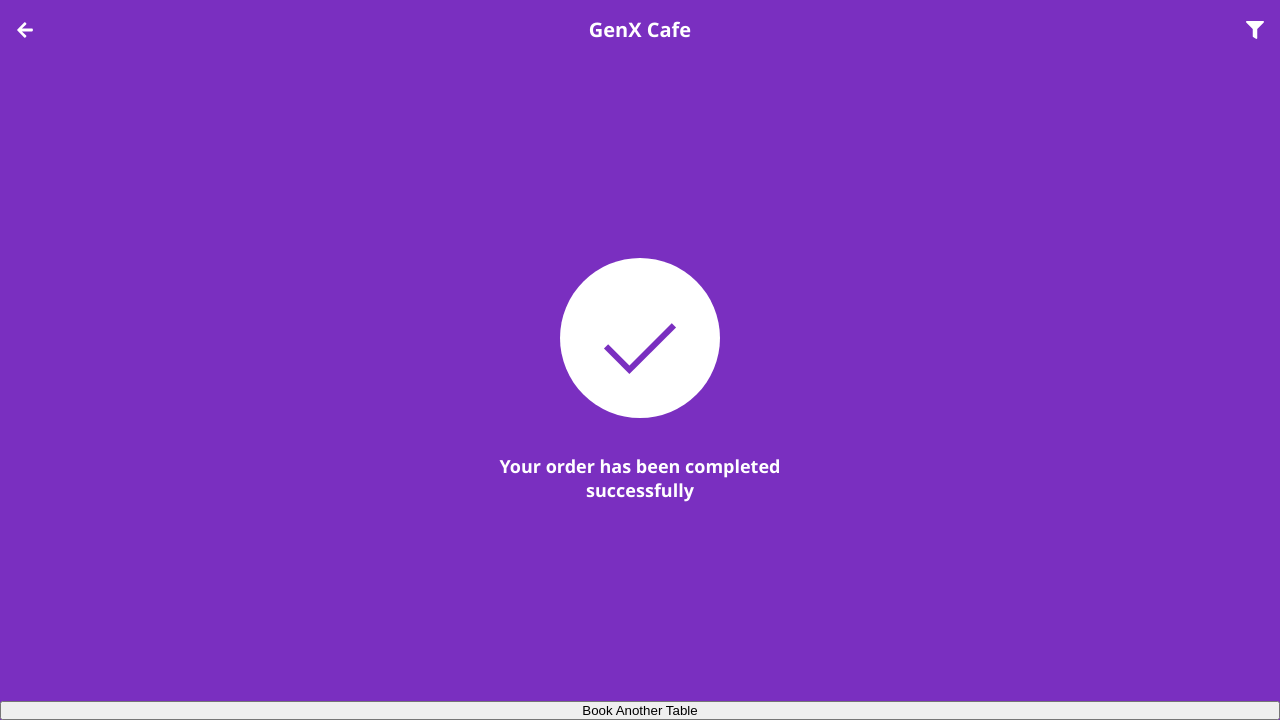
Repository: rajeshwaranslv/sturdy-spork-genx-frontend
Page: /success
An editor plug-in stored every save of this project. The page is shown before and after the next save, followed by the edit.
The browser window is 1280 px wide. The pictures show the whole page.
The project was rebuilt for these pictures with package versions that can differ from the ones it lists, and the page was loaded fresh each time. Also part of the build but not shown: src/components/TableSelection.js, src/components/menu.css, src/components/MenuSelection.js, src/components/order.css, src/components/OrderReview.js, src/components/Billing.js.

Above is the page before, as saved 2025-07-16 17:13:10.

After the next save:
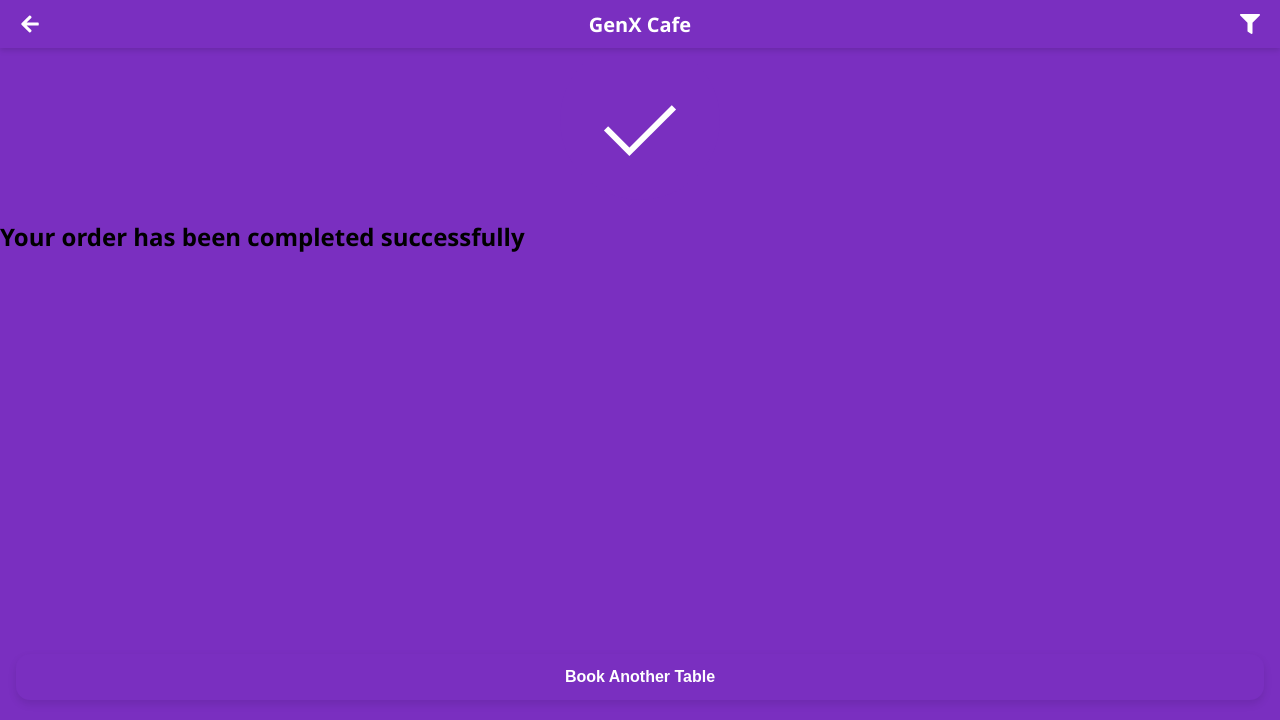
Saved 2 min 43 s later.
--- a/src/components/success.css
+++ b/src/components/success.css
@@ -1,54 +1,109 @@
-.success-wrapper {
-  background-color: #7a2fc0;
-  height: 100vh;
+/* Container for Success Page */
+.success-page {
+  min-height: 100vh;
   display: flex;
   flex-direction: column;
-  color: white;
+  padding-top: 70px; /* space for header */
+  align-items: center;
+  justify-content: center;
+  background-color: #f8f8f8;
+  position: relative;
+  text-align: center;
+  box-sizing: border-box;
 }
 
-.confirmation-card {
-  flex: 1;
+/* Header Bar */
+.header-bar {
+  position: fixed;
+  top: 0;
+  left: 0;
+  right: 0;
+  background: #7a2fc0;
+  color: white ;
   display: flex;
-  flex-direction: column;
-  justify-content: center;
+  justify-content: space-between;
   align-items: center;
-  padding: 32px;
-  text-align: center;
+  padding: 14px 20px;
+  z-index: 1000;
+  box-shadow: 0 2px 6px rgba(0, 0, 0, 0.15);
 }
 
+.header-bar h2 {
+  position: absolute;
+  left: 50%;
+  transform: translateX(-50%);
+  margin: 0;
+  font-size: 20px;
+   color: white !important ;
+
+}
+
+.icon {
+  color: white;
+  font-size: 20px;
+  cursor: pointer;
+  z-index: 10;
+}
+
+/* Checkmark Animation */
 .checkmark-circle {
   width: 160px;
   height: 160px;
-  background-color: white;
+  background-color: #7a2fc0;
   border-radius: 50%;
   display: flex;
   align-items: center;
   justify-content: center;
-  margin-bottom: 24px;
+  margin: 40px auto 20px;
   animation: popCircle 0.5s ease-out;
 }
 
 .checkmark {
   width: 30px;
   height: 60px;
-  border-right: 6px solid #7a2fc0;
-  border-bottom: 6px solid #7a2fc0;
+  border-right: 6px solid white;
+  border-bottom: 6px solid white;
   transform: rotate(45deg) scale(0);
   animation: drawCheck 0.4s 0.3s ease forwards;
 }
 
 @keyframes popCircle {
-  0% { transform: scale(0.7); opacity: 0; }
-  100% { transform: scale(1); opacity: 1; }
+  0% {
+    transform: scale(0.7);
+    opacity: 0;
+  }
+  100% {
+    transform: scale(1);
+    opacity: 1;
+  }
 }
 
 @keyframes drawCheck {
-  to { transform: rotate(45deg) scale(1); }
+  to {
+    transform: rotate(45deg) scale(1);
+  }
 }
 
-.success-message {
+/* Success Message */
+.success-page h2 {
   font-size: 18px;
+  margin-top: 12px;
+  color: #000000;
+}
+
+/* Fixed Bottom Button */
+.footer-btn {
+  position: fixed;
+  bottom: 20px;
+  left: 16px;
+  right: 16px;
+  padding: 14px;
+  font-size: 16px;
+  font-weight: bold;
+  background-color: #7a2fc0;
   color: white;
-  max-width: 300px;
-  margin-top: 12px;
+  border: none;
+  border-radius: 14px;
+  cursor: pointer;
+  box-shadow: 0 4px 8px rgba(0, 0, 0, 0.1);
 }
